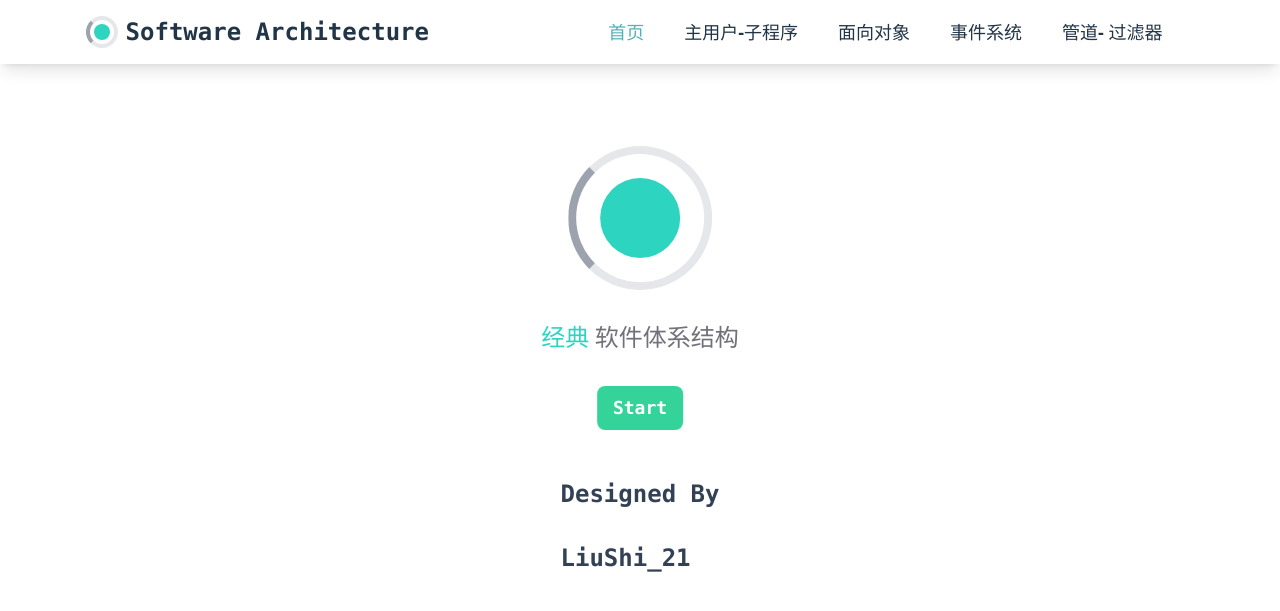
Repository: MarchRory/software_architecture_lab2
Page: / (app in lab2/)
These files come from the project's save history. The page is drawn as it stood at one moment and after the next save; the edit follows.
The browser window is 1280 px wide. The pictures show the whole page.
The project was rebuilt for these pictures with package versions that can differ from the ones it lists, and the page was loaded fresh each time. Also part of the build but not shown: lab2/vite.config.ts. Imported but missing from the stored project, and not drawn on this page: lab2/src/views/OOP/index.vue, lab2/src/views/PipFilter/index.vue, lab2/src/views/eventsSys/index.vue, lab2/src/views/mainChild/index.vue.

Above is the page before, as saved 2023-11-17 21:39:59.

### lab2/index.html
<!Doctype html>
<html lang="en">
  <head>
    <meta charset="UTF-8" />
    <link rel="icon" type="image/svg+xml" href="/vite.svg" />
    <meta name="viewport" content="width=device-width, initial-scale=1.0" />
    <title>经典软件体系结构</title>
  </head>
  <body>
    <div id="app"></div>
    <script type="module" src="/src/main.ts"></script>
  </body>
</html>

### lab2/src/main.ts
import { createApp } from 'vue'
import './style.css'
import './style/index.css'
import hljs from 'highlight.js/lib/core'
import 'highlight.js/styles/androidstudio.css'
import java from 'highlight.js/lib/languages/java'
import router from '@/router/index'
import pinia from '@/store/index'
import App from './App.vue'
import "tailwindcss/tailwind.css"
const vueApp = createApp(App)
hljs.registerLanguage('java', java)
// 高亮指令
vueApp.directive('highlight', (el) => {
    const blocks = el.querySelectorAll('pre code')
    blocks.forEach((block: any) => {
        hljs.highlightElement(block)
    })
})
vueApp.use(router).use(pinia).mount('#app')

### lab2/src/style.css
:root {
  font-family: Inter, system-ui, Avenir, Helvetica, Arial, sans-serif;
  line-height: 1.5;
  font-weight: 400;

  color-scheme: light dark;
  color: rgba(255, 255, 255, 0.87);
  background-color: #242424;

  font-synthesis: none;
  text-rendering: optimizeLegibility;
  -webkit-font-smoothing: antialiased;
  -moz-osx-font-smoothing: grayscale;
  -webkit-text-size-adjust: 100%;
}

a {
  font-weight: 500;
  color: #646cff;
  text-decoration: inherit;
}
a:hover {
  color: #535bf2;
}

body {
  margin: 0;
  display: flex;
  place-items: center;
  min-width: 320px;
  min-height: 100vh;
}

@media (prefers-color-scheme: light) {
  :root {
    color: #213547;
    background-color: #ffffff;
  }
  a:hover {
    color: #747bff;
  }
  button {
    background-color: #f9f9f9;
  }
}

### lab2/src/router/index.ts
import { createRouter, createWebHashHistory, RouteRecordRaw } from "vue-router";
export const routes: Array<RouteRecordRaw> = [
    {
        path: '/',
        name: 'hello',
        meta: {
            tabName: '主页'
        },
        component: () => import('@/layout/index.vue'),
        redirect: '/home',
        children: [
            {
                path: '/home',
                name: 'home',
                component: () => import('@/views/hello/index.vue'),
                meta: {
                    title: '首页'
                }
            }, {
                path: '/mainChild',
                name: 'mainChild',
                component: () => import('@/views/mainChild/index.vue'),
                meta: {
                    title: '主用户-子程序'
                }
            }, {
                path: '/OOP',
                name: "OOP",
                component: () => import('@/views/OOP/index.vue'),
                meta: {
                    title: '面向对象'
                }
            }, {
                path: '/eventSys',
                name: "eventSys",
                component: () => import("@/views/eventsSys/index.vue"),
                meta: {
                    title: '事件系统'
                }
            }, {
                path: '/pipFilter',
                name: "pipFilter",
                component: () => import('@/views/PipFilter/index.vue'),
                meta: {
                    title: "管道- 过滤器"
                }
            }
        ]
    },
]

const router = createRouter({
    history: createWebHashHistory(),
    routes
})

export default router

### lab2/src/store/index.ts
import { createPinia } from 'pinia';

const stores = createPinia();

export default stores;

### lab2/src/App.vue
<script setup lang="ts">
	import { defineAsyncComponent } from 'vue';
	import { useRouter } from 'vue-router';
	const router = useRouter();
</script>

<template>
	<div id="app">
		<router-view></router-view>
	</div>
</template>

<style>
	#app {
		width: 100vw;
		height: 100vh;
	}

	::-webkit-scrollbar {
		width: 8px;
	}

	::-webkit-scrollbar-thumb {
		background-color: rgb(69, 199, 202);
		border-radius: 15px;
	}

	::-moz-scrollbar {
		width: 8px;
	}

	::-moz-scrollbar-thumb {
		background-color: rgb(69, 199, 202);
	}
</style>

### lab2/src/layout/index.vue
<script setup lang="ts">
	import { defineAsyncComponent } from 'vue';
	const Navbar = defineAsyncComponent(() => import('./navbar.vue'));
	const APPMain = defineAsyncComponent(() => import('./Main.vue'));
</script>

<template>
	<div class="flex flex-col items-center w-full h-full">
		<Navbar />
		<APPMain class="flex-1" />
	</div>
</template>

### lab2/src/views/hello/index.vue
<script setup lang="ts">
	import { useRouter } from 'vue-router';
	const router = useRouter();
	function enter() {
		router.push({
			path: '/mainChild',
		});
	}
</script>

<template>
	<div
		style="position: absolute; left: 50%; top: 50%; transform: translate(-50%, -50%)"
		class="flex flex-col items-center justify-around h-fit"
	>
		<div
			class="flex items-center justify-center mb-8 border-8 rounded-full w-36 h-36 border-l-gray-400"
		>
			<div class="w-20 h-20 bg-teal-400 rounded-full"></div>
		</div>
		<div class="mb-8 space-x-2 text-2xl font-bold text-zinc-500">
			<span class="text-teal-400">经典</span>
			软件体系结构
		</div>
		<div
			@click="enter"
			class="flex items-center justify-center px-4 py-2 font-mono text-lg font-bold text-white rounded-lg hover:cursor-pointer bg-emerald-400"
		>
			Start
		</div>

		<div
			class="flex flex-col justify-center mt-12 font-mono text-2xl font-bold w-fit text-slate-700"
		>
			<div>Designed By</div>
			<br />
			<div>LiuShi_21</div>
		</div>
	</div>
</template>

<style scoped></style>

### lab2/src/layout/navbar.vue
<script setup lang="ts">
	import { useRouter, useRoute, RouteRecordRaw } from 'vue-router';
	import { routes } from '@/router';
	import { ref } from 'vue';
	const router = useRouter();
	const route = useRoute();
	const Navlist = ref();
	function initNav() {
		Navlist.value = routes[0].children?.map((route: RouteRecordRaw) => {
			return {
				path: route.path,
				title: route?.meta.title,
			};
		});
	}
	initNav();
	function switchTab(path: string) {
		router.push({
			path: path,
		});
	}
</script>

<template>
	<div class="flex items-center justify-around w-full h-16 shadow-lg">
		<ul class="flex items-center justify-start list-none">
			<li class="flex items-center justify-center w-8 h-8 border-4 rounded-full border-l-gray-400">
				<div class="w-4 h-4 bg-teal-400 rounded-full"></div>
			</li>
			<li class="font-mono text-2xl navFont">Software Architecture</li>
		</ul>
		<ul class="flex min-w-fit">
			<li
				@click="switchTab(navItem.path)"
				class="mr-8 font-sans text-lg transition-all navFont hover:cursor-pointer"
				:class="[route.path == navItem.path ? 'active' : '']"
				v-for="(navItem, index) in Navlist"
				:key="index"
			>
				{{ navItem.title }}
			</li>
		</ul>
	</div>
</template>

<style scoped>
	.navFont {
		@apply ml-2 font-bold;
	}
	.active {
		color: rgb(80, 178, 178);
	}
	/* 	.active::before {
		display: block;
		content: '';
		position: absolute;
		width: 12px;
		height: 12px;
		border-radius: 50%;
		background-color: rgb(80, 178, 178);
		transform: translate(100%, 50%);
	} */
</style>

### lab2/src/layout/Main.vue
<script setup lang="ts">
	import { nextTick, ref, watch } from 'vue';
	import { useScrollStore } from '@/store/modules/scroll/index';
	import { useScroll } from '@/hooks/useScroll';
	import router from '@/router';
	const scrollStore = useScrollStore();
	scrollStore.init();
	const main = ref<HTMLDivElement>();
	const { pageScroll } = useScroll();
	router.beforeEach((to, from, next) => {
		pageScroll.value = 0;
		if (main.value) {
			scrollStore.update(from.fullPath, main.value.scrollTop);
			next();
		}
	});
	router.afterEach((to, from) => {
		nextTick(() => {
			if (main.value) {
				main.value.scrollTop = scrollStore.useScroll(to.fullPath) as number;
			}
		});
	});
	watch(
		() => pageScroll.value,
		(newV) => {
			let scrollTopTo = newV;
			if (main.value)
				main.value.scrollTo({ top: scrollTopTo > 0 ? scrollTopTo : 0, behavior: 'smooth' });
		},
	);
</script>

<template>
	<div class="w-full h-auto px-56 pt-4 overflow-auto" ref="main">
		<router-view v-slot="{ Component }">
			<keep-alive>
				<component :is="Component" />
			</keep-alive>
		</router-view>
	</div>
</template>

### lab2/src/store/modules/scroll/index.ts
import { defineStore } from "pinia";
import { routes } from "@/router";
import { RouteRecordRaw } from "vue-router";
interface ScrollType {
    scrollMap: Map<string, number>
}
export const useScrollStore = defineStore('useScrollStore', {
    state: (): ScrollType => {
        return {
            scrollMap: new Map()
        }
    },
    actions: {
        init(): void {
            const paths = routes[0].children?.map((route: RouteRecordRaw) => {
                return {
                    path: route.path,
                };
            });
            paths?.forEach((item, index) => {
                this.scrollMap.set(item.path, 0)
            })
        },
        update(routePath: string, scrollTop: number): void {
            this.scrollMap.set(routePath, scrollTop)
        },
        useScroll(routePath: string): number | undefined {
            return this.scrollMap.get(routePath)
        }
    }
})

### lab2/src/hooks/useScroll.ts

import { ComponentInternalInstance, getCurrentInstance, ref } from 'vue'
const pageScroll = ref(0)
export const useScroll = () => {
    return {
        pageScroll
    }
}

Loaded but not shown: lab2/src/style/index.css (common file); lab2/tailwind.config.js (common file)

After the next save:
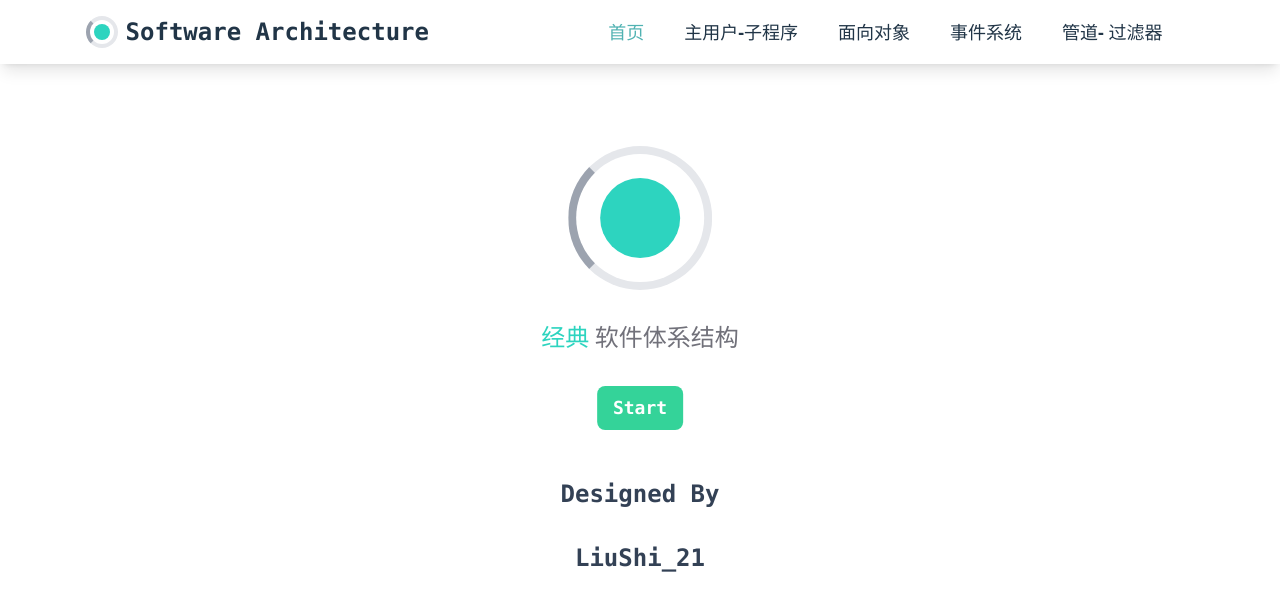
Saved 12 s later.
--- a/lab2/src/views/hello/index.vue
+++ b/lab2/src/views/hello/index.vue
@@ -34,7 +34,7 @@
 		>
 			<div>Designed By</div>
 			<br />
-			<div>LiuShi_21</div>
+			<div style="margin: 0 auto">LiuShi_21</div>
 		</div>
 	</div>
 </template>
